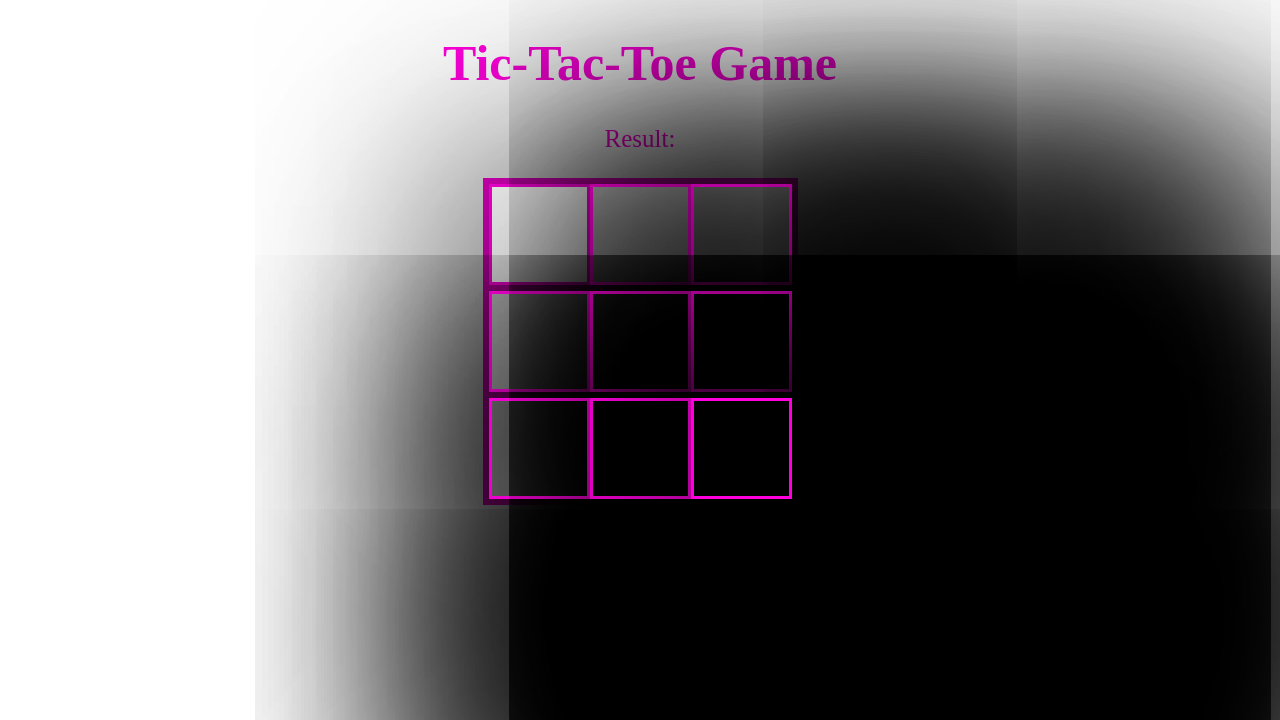
Repository: 0101chaitanya/Tic-Tac-Toe
Page: index.html
The author's editor kept a copy of each file at every save. The page is drawn from the files as they stood at one save, then again after the next save.
The browser window is 1280 px wide. The pictures show the whole page.

Above is the page before, as saved 2021-06-09 18:02:53.

### index.html
<!DOCTYPE html>
<html>
    <head>
<meta charset="utf-8">
<title>Tic-Tac-Toe Game</title>
<link rel="stylesheet" href="styles.css">
    </head>
<body>
    <h1 id="heading">Tic-Tac-Toe Game</h1>

    <div id = "Output">
        <p  >Result:</p>
    </div>
    <div id = "gameSquare">

    <div id = "row1">
    <div class = "r1Column"></div>
    <div class = "rlColumn"></div>
    <div class = "rlColumn"></div>
</div>
<div id = "row2">
    <div class = "r2Column"></div>
    <div class = "r2Column"></div>
    <div class = "r2Column"></div>
</div>
<div id = "row3">
    <div class = "r3Column"></div>
    <div class = "r3Column"></div>
    <div class = "r3Column"></div>
</div>
</div>
</body>
<script type="text/javascript" src="script.js"></script>
</html>

### styles.css
:root{
    text-align: center;
}
@media  screen and (max-width: 400px){
    :root{
        color:blue;
        font-size: 14px;
}

}
@media  screen and (min-width: 401px) and (max-width: 700px){
    :root{
        color:rgb(30, 255, 0);
        font-size: 18px;
}


}@media  screen and (min-width: 701px) {
    :root{
        color:rgb(255, 0, 221);
        font-size:25px;
}

}

#gameSquare{
    border-style: solid;
    width:min-content;
    height:min-content;
    display:block;
    margin:auto;
}
#gameSquare>div:nth-child(n){
    border-style: solid;
    width:min-content;
    height:min-content;
    display:flex;
    justify-content:center;
    align-items:center;
}
#gameSquare>div:nth-child(n)>div:nth-child(n){
    display:block;
    margin: auto;
    border-style: solid;
    width:3.8rem;
    height:3.8rem;
box-shadow: 10rem 10rem 10rem 10rem black;
}

### script.js
/* (function(){
let
})(); */

After the next save:
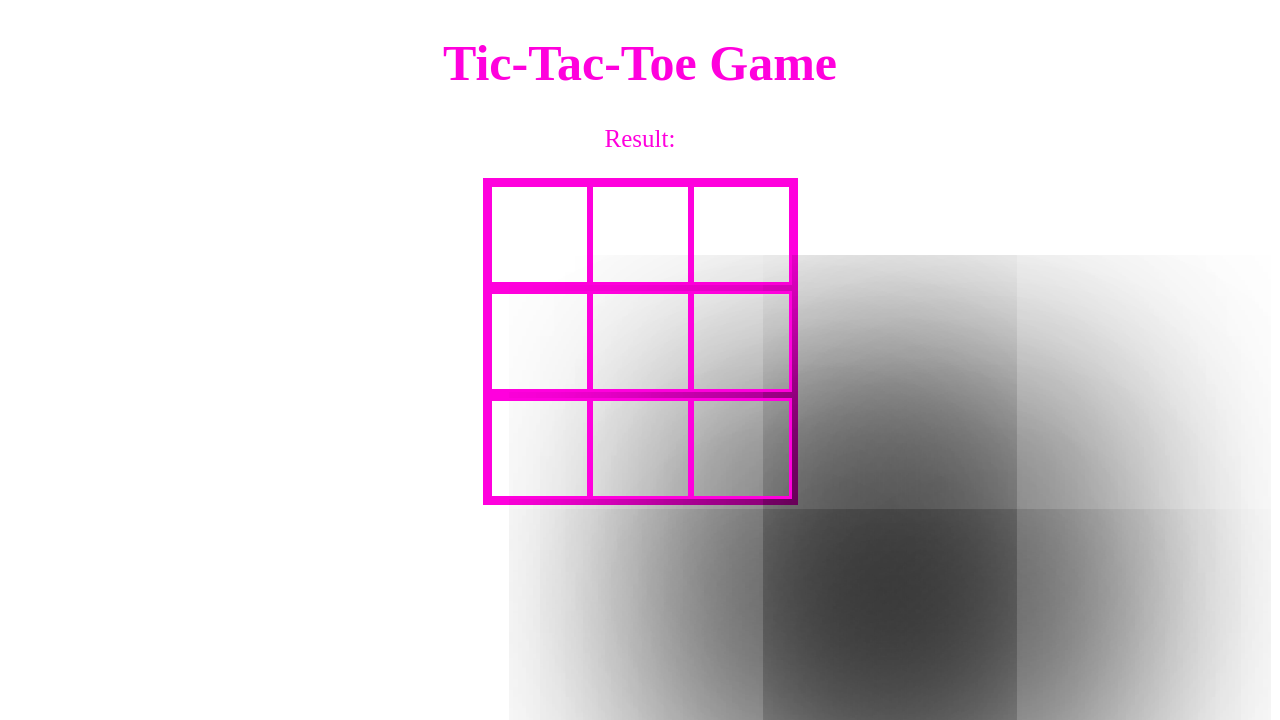
Saved 6 s later.
--- a/styles.css
+++ b/styles.css
@@ -44,5 +44,5 @@
     border-style: solid;
     width:3.8rem;
     height:3.8rem;
-box-shadow: 10rem 10rem 10rem 10rem black;
+box-shadow: 10rem 10rem 10rem 1rem black;
 }
